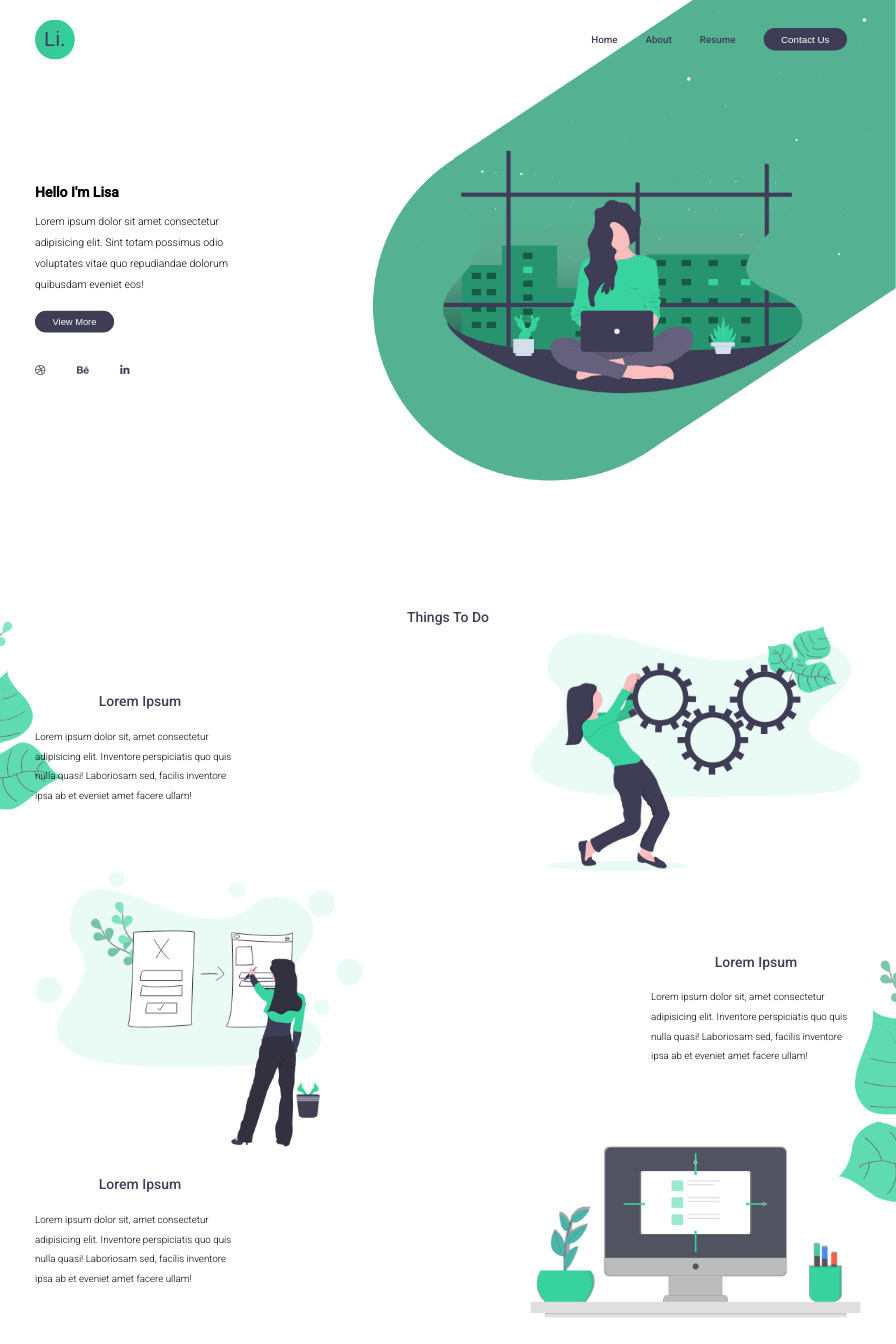
Repository: kebinh1235/porfolio-demo
Page: index.html
The author's editor kept a copy of each file at every save. The page is drawn from the files as they stood at one save, then again after the next save.
The browser window is 1280 px wide. The pictures show the part of the page from y = 0 to 1920 px (the page is 3970 px tall), at 70% of full size.
Some web libraries are served in a nearby version.

Above is the page before, as saved 2021-10-20 17:30:27.

After the next save:
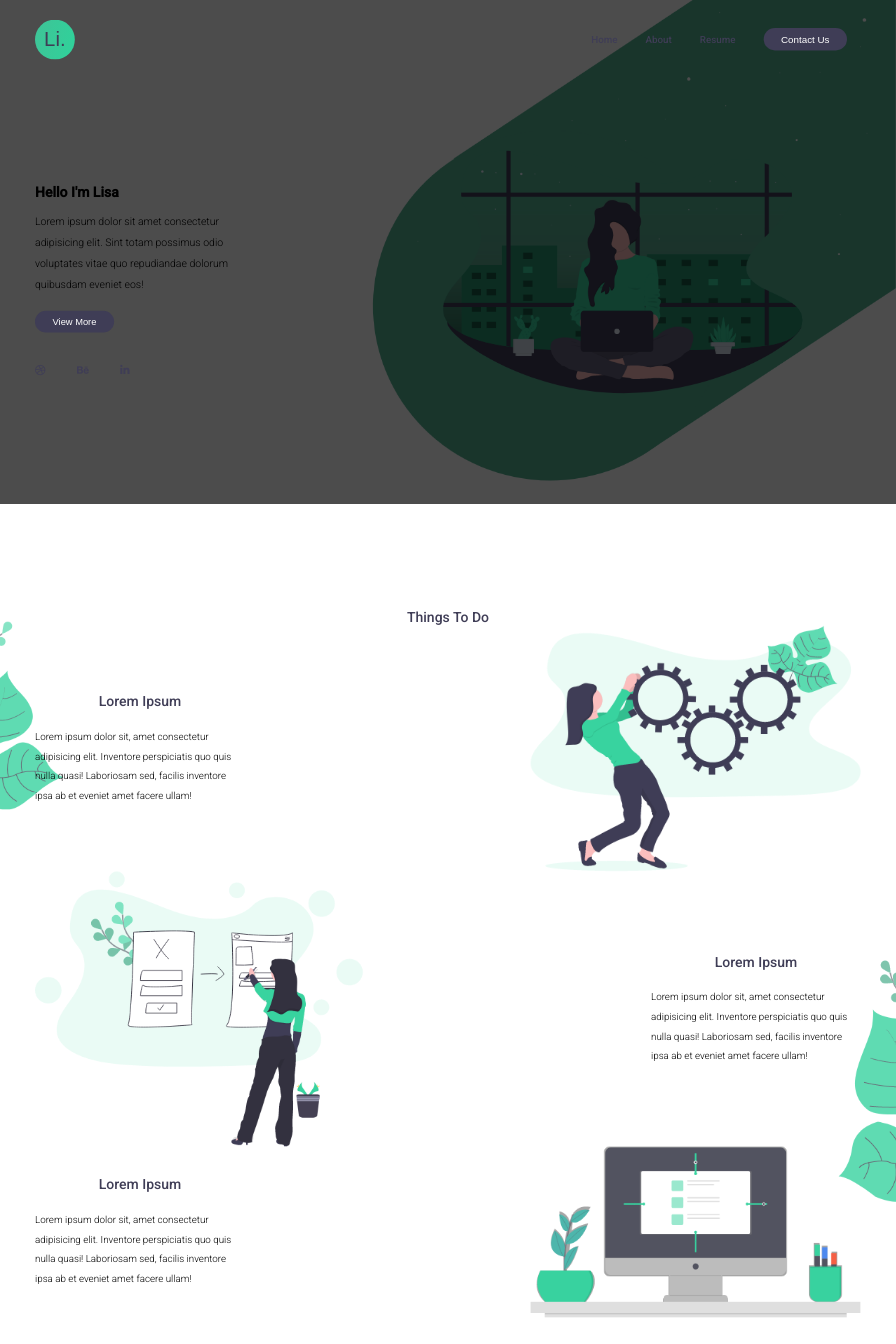
Saved 11 s later.
--- a/index.html
+++ b/index.html
@@ -9,6 +9,7 @@
   <link rel="stylesheet" href="./css/style.css">
 </head>
 <body>
+  <div id="overlay"></div>
   <!-- header -->
   <header>
     <div class="container">
